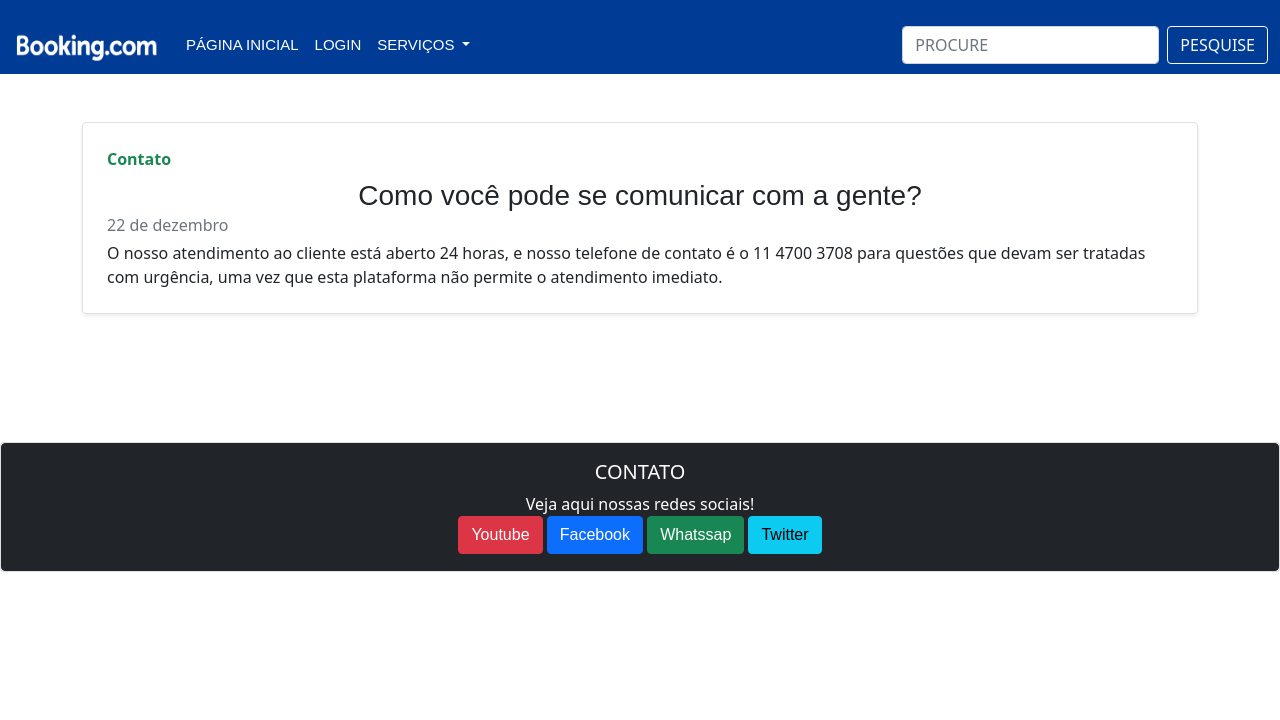
Repository: AnaLuizaDias/INB0243-
Page: contato.html
These files come from the project's save history. The page is drawn as it stood at one moment and after the next save; the edit follows.
The browser window is 1280 px wide. The pictures show the whole page.

Above is the page before, as saved 2023-10-25 16:14:02.

After the next save:
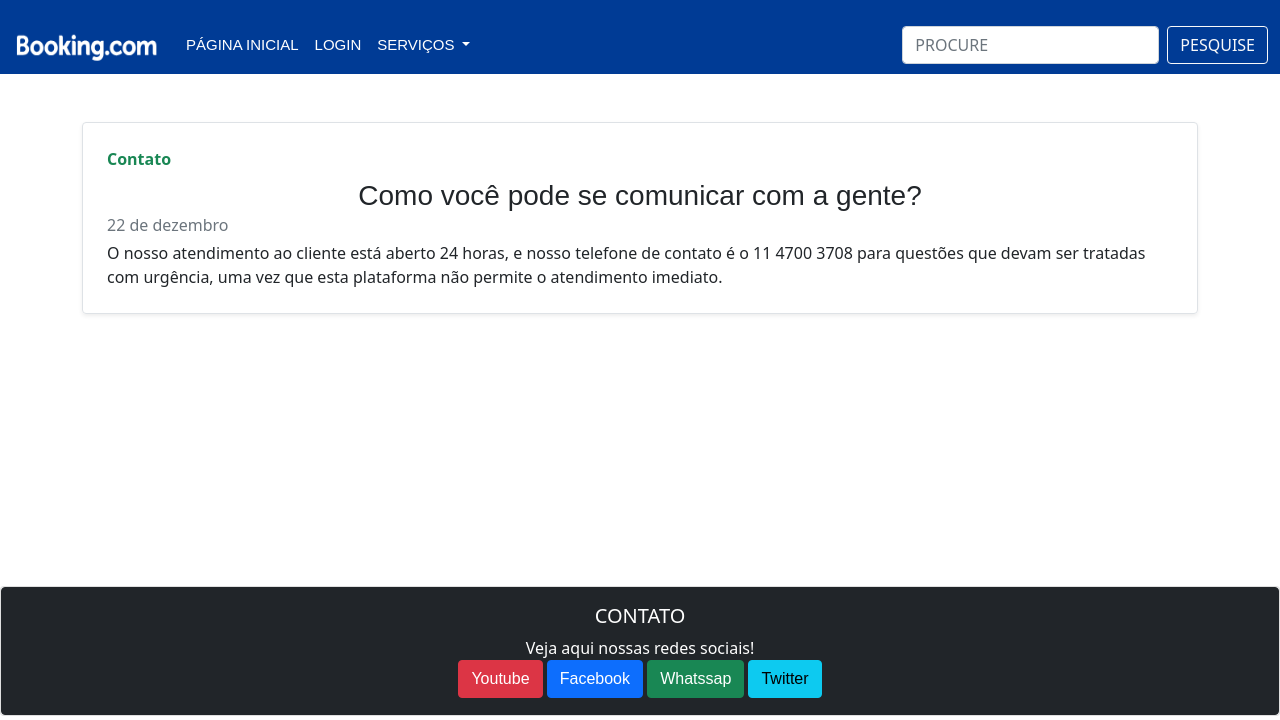
Saved 29 s later.
--- a/contato.html
+++ b/contato.html
@@ -126,6 +126,10 @@
       </div>
 
       <br /><br />
+      <br /><br />
+      <br /><br />
+      <br /><br />
+
 
 
       </div>
